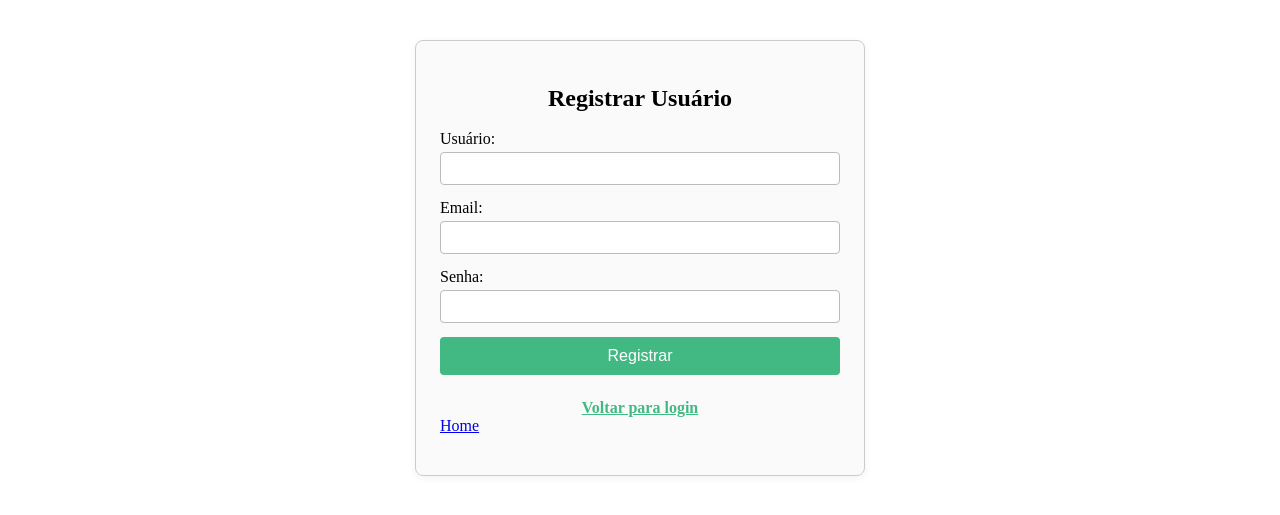
Repository: MuriloColleti/Project-vue
Page: /register
These files come from the project's save history. The page is drawn as it stood at one moment and after the next save; the edit follows.
The browser window is 1280 px wide. The pictures show the whole page.
The project was rebuilt for these pictures with package versions that can differ from the ones it lists, and the page was loaded fresh each time. Also part of the build but not shown: vite.config.js, src/pages/Home.vue, src/pages/Login.vue.

Above is the page before, as saved 2025-09-20 17:16:21.

After the next save:
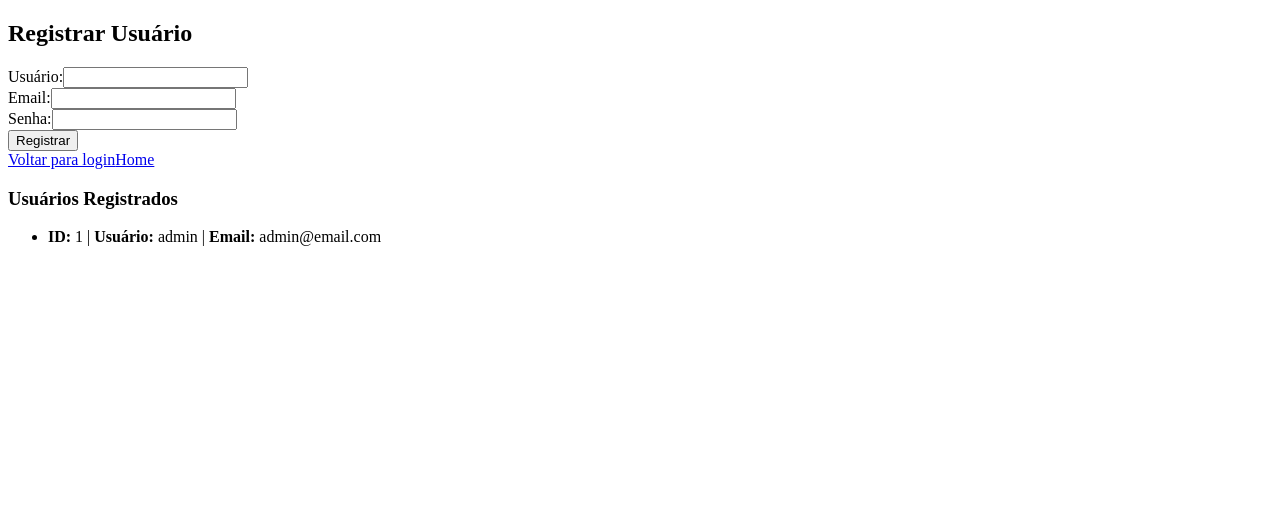
Saved 90 s later.
--- a/src/pages/Register.vue
+++ b/src/pages/Register.vue
@@ -1,26 +1,39 @@
 <template>
-  <div class="register-container">
-    <h2>Registrar Usuário</h2>
-    <form @submit.prevent="handleRegister">
-      <div>
-        <label for="newUsername">Usuário:</label>
-        <input type="text" id="newUsername" v-model="newUsername" required />
+  <div class="container mt-5">
+    <div class="row justify-content-center">
+      <div class="col-md-6">
+        <div class="card shadow">
+          <div class="card-body">
+            <h2 class="card-title text-center mb-4">Registrar Usuário</h2>
+            <form @submit.prevent="handleRegister">
+              <div class="mb-3">
+                <label for="newUsername" class="form-label">Usuário:</label>
+                <input type="text" id="newUsername" v-model="newUsername" required class="form-control" />
+              </div>
+              <div class="mb-3">
+                <label for="newEmail" class="form-label">Email:</label>
+                <input type="email" id="newEmail" v-model="newEmail" required class="form-control" />
+              </div>
+              <div class="mb-3">
+                <label for="newPassword" class="form-label">Senha:</label>
+                <input type="password" id="newPassword" v-model="newPassword" required class="form-control" />
+              </div>
+              <button type="submit" class="btn btn-success w-100">Registrar</button>
+            </form>
+            <div v-if="registerError" class="alert alert-danger mt-3">{{ registerError }}</div>
+            <div v-if="registerSuccess" class="alert alert-success mt-3">{{ registerSuccess }}</div>
+            <router-link to="/login" class="btn btn-link w-100 mt-3">Voltar para login</router-link>
+            <router-link to="/" class="btn btn-link w-100">Home</router-link>
+            <h3 class="mt-4">Usuários Registrados</h3>
+            <ul class="list-group">
+              <li v-for="user in users" :key="user.id" class="list-group-item">
+                <strong>ID:</strong> {{ user.id }} | <strong>Usuário:</strong> {{ user.username }} | <strong>Email:</strong> {{ user.email }}
+              </li>
+            </ul>
+          </div>
+        </div>
       </div>
-      <div>
-        <label for="newEmail">Email:</label>
-        <input type="email" id="newEmail" v-model="newEmail" required />
-      </div>
-      <div>
-        <label for="newPassword">Senha:</label>
-        <input type="password" id="newPassword" v-model="newPassword" required />
-      </div>
-      <button type="submit">Registrar</button>
-    </form>
-    <p v-if="registerError" class="error">{{ registerError }}</p>
-    <p v-if="registerSuccess" class="success">{{ registerSuccess }}</p>
-    <router-link to="/login" class="login-link">Voltar para login</router-link>
-    <router-link to="/" class="home-link">Home</router-link>
-    <ul></ul>
+    </div>
   </div>
 </template>
 
@@ -82,65 +95,5 @@ function handleRegister() {
 </script>
 
 <style scoped>
-.register-container {
-  max-width: 400px;
-  margin: 40px auto;
-  padding: 24px;
-  border: 1px solid #ccc;
-  border-radius: 8px;
-  background: #fafafa;
-  box-shadow: 0 2px 8px rgba(0, 0, 0, 0.05);
-}
-.register-container h2 {
-  text-align: center;
-  margin-bottom: 18px;
-}
-.register-container form > div {
-  margin-bottom: 14px;
-}
-.register-container label {
-  display: block;
-  margin-bottom: 4px;
-  font-weight: 500;
-}
-.register-container input {
-  width: 100%;
-  padding: 8px;
-  border: 1px solid #bbb;
-  border-radius: 4px;
-  box-sizing: border-box;
-}
-.register-container button {
-  width: 100%;
-  padding: 10px;
-  background: #42b983;
-  color: #fff;
-  border: none;
-  border-radius: 4px;
-  font-size: 16px;
-  cursor: pointer;
-  transition: background 0.2s;
-}
-.register-container button:hover {
-  background: #369870;
-}
-.error {
-  color: red;
-  margin-top: 10px;
-  text-align: center;
-}
-.success {
-  color: green;
-  margin-top: 10px;
-  text-align: center;
-}
-.login-link {
-  display: block;
-  margin: 24px auto 0 auto;
-  text-align: center;
-  color: #42b983;
-  font-weight: bold;
-  text-decoration: underline;
-  cursor: pointer;
-}
+
 </style>
